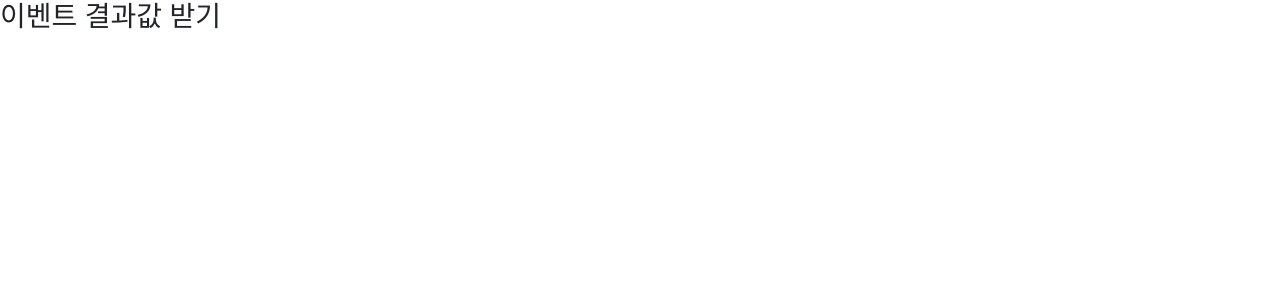
Repository: snowskyblue/SpringEx
Page: http://localhost/1209sseEx1/sse
An editor plug-in stored every save of this project. The page is shown before and after the next save, followed by the edit.
The browser window is 1280 px wide. The pictures show the whole page.
The page is served by Tomcat 9.

Above is the page before, as saved 2019-12-09 05:09:55.

After the next save:
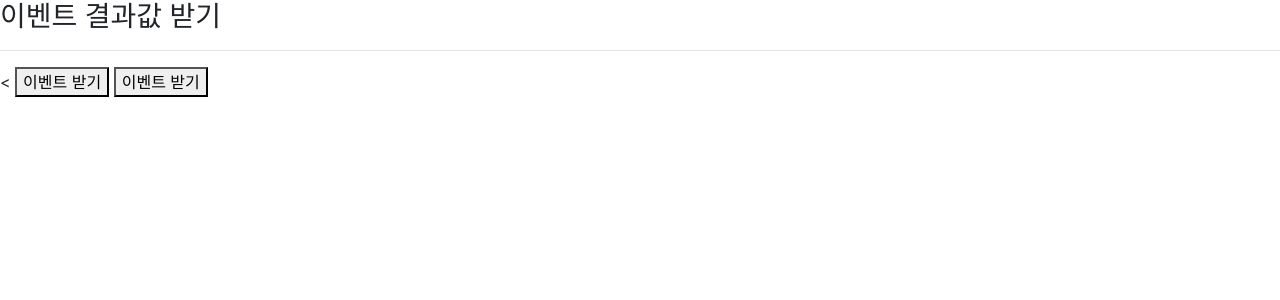
Saved 69 s later.
--- a/1209sseEx1/src/main/webapp/WEB-INF/views/sse.jsp
+++ b/1209sseEx1/src/main/webapp/WEB-INF/views/sse.jsp
@@ -22,7 +22,10 @@
 <body>
 
 <h3>이벤트 결과값 받기</h3>
-
+<hr/>
+<
+<button type="button" id="btn1">이벤트 받기</button>
+<button type="button" id="btn1">이벤트 받기</button>
 
 <!--jquery -->
 <script src="https://ajax.googleapis.com/ajax/libs/jquery/3.4.1/jquery.min.js"></script>
